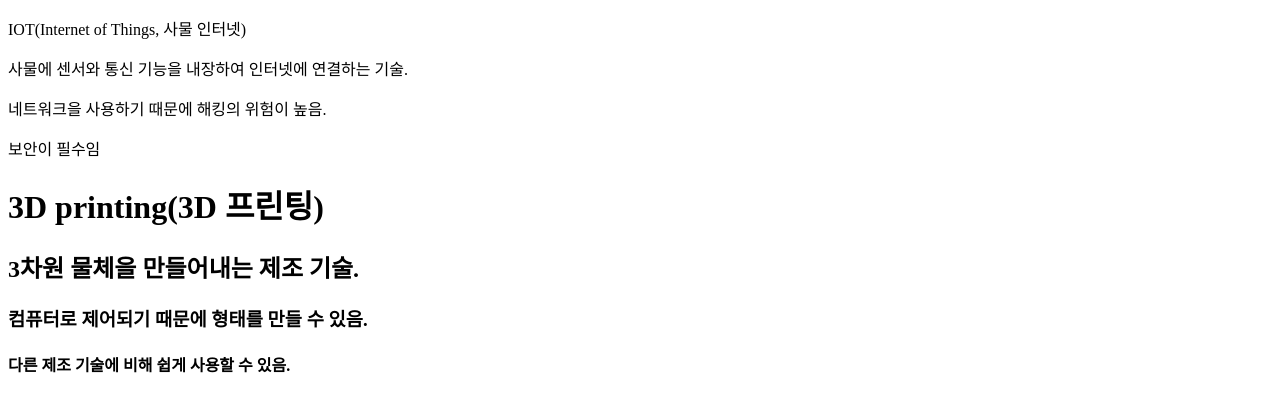
Repository: kmh9964/view
Page: workspace/studyhtml5/src/htmltags01.html
These files come from the project's save history. The page is drawn as it stood at one moment and after the next save; the edit follows.
The browser window is 1280 px wide. The pictures show the whole page.

Above is the page before, as saved 2022-12-13 07:25:11.

After the next save:
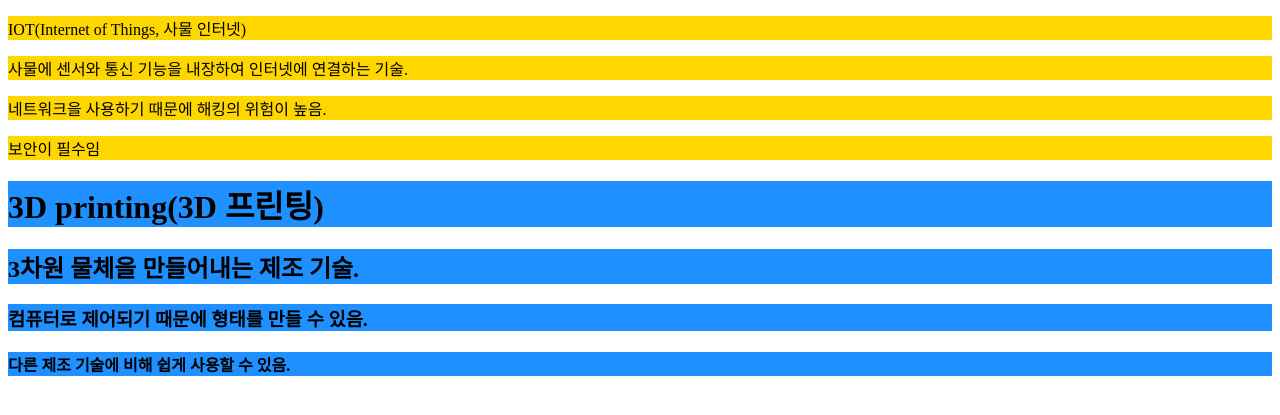
Saved 9 min 2 s later.
--- a/workspace/studyhtml5/src/htmltags01.html
+++ b/workspace/studyhtml5/src/htmltags01.html
@@ -5,9 +5,16 @@
 	<meta http-equiv="X-UA-Compatible" content="IE=Edge" />
 	<meta name="viewport" content="width=device-width, initial-scale=1.0">
 	<title>Document</title>
+	<style>
+	p {
+		background-color: gold;
+	}
+	h1,h2,h3,h4 {
+		background-color: dodgerblue;
+	}
+	</style>
 </head>
 <body>
-
 	    <p>IOT(Internet of Things, 사물 인터넷)
 		<p>사물에 센서와 통신 기능을 내장하여 인터넷에 연결하는 기술.</p>
 		<p>네트워크을 사용하기 때문에 해킹의 위험이 높음.</p>
